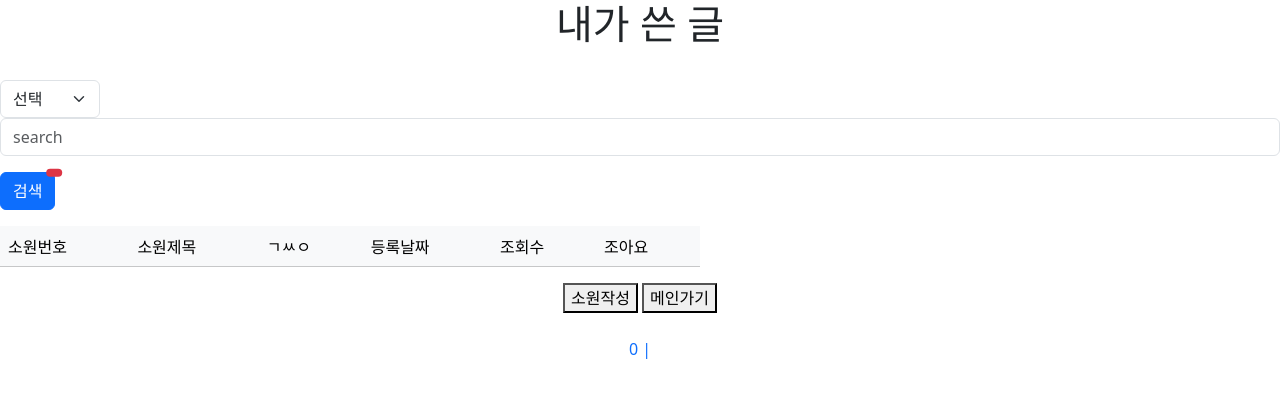
Repository: sujeong1799/JSP
Page: http://localhost/java_study/board/list.jsp
An editor plug-in stored every save of this project. The page is shown before and after the next save, followed by the edit.
The browser window is 1280 px wide. The pictures show the whole page.
The page is served by Tomcat 9. Other server files are loaded and not shown. The template is opened directly, without the code that normally fills it, so the values that code supplies are empty.

Above is the page before, as saved 2023-05-24 07:06:34.

### jsp_project3-1/java_study/src/main/webapp/board/list.jsp
<%@ page language="java" contentType="text/html; charset=UTF-8"
	pageEncoding="UTF-8"%>
<%@ taglib prefix="c" uri="http://java.sun.com/jsp/jstl/core"%>
<link
	href="https://cdn.jsdelivr.net/npm/bootstrap@5.3.0-alpha3/dist/css/bootstrap.min.css"
	rel="stylesheet"
	integrity="sha384-KK94CHFLLe+nY2dmCWGMq91rCGa5gtU4mk92HdvYe+M/SXH301p5ILy+dN9+nJOZ"
	crossorigin="anonymous">
<!DOCTYPE html>
<html>
<head>
<meta charset="UTF-8">
<title>소원리스트</title>
</head>
<body>
	<h1 align="center">내가 쓴 글</h1>
	<br>
	<!-- 검색라인 -->
	<form action="/brd/page" method="post">
		<div align="center" style="width: 100px; display: flex; float: left">
			<!-- var이름은 마음대로 설정해도 됨 -->
			<c:set value="${pgh.pgvo.type }" var="typed"></c:set>
			<select name="type" class="form-select"
				aria-label="Default select example">
				<!-- selected : 현재 내가 선택한 값 -->
				<option ${typed == null ? 'selected' : '' }>선택</option>
				<option value="t" ${type eq 't' ? 'selected' :'' }>소원제목</option>
				<option value="w" ${type eq 'w' ? 'selected' :'' }>작성자</option>
				<option value="n" ${type eq 'n' ? 'selected' :'' }>소원번호</option>
				<option value="c" ${type eq 'c' ? 'selected' :'' }>소원내용</option>
			</select>
		</div>
			<!-- <input type="text" name="keyword" placeholder="search"> -->
			<div style="width: 200px; display: inline">
			<div class="mb-3">
				<label for="formGroupExampleInput" class="form-label"></label>
				<input type="text" class="form-control"
					id="formGroupExampleInput" placeholder="search">
			</div>
			<input type="hidden" name="pageNo" value="${pgh.pgvo.pageNo }">
			<input type="hidden" name="qty" value="${pgh.pgvo.qty }">
			</div>
			<!-- <button type="submit" class="btn btn-success">Search</button> -->
			<button type="submit" class="btn btn-primary position-relative">
			검색
			<span class="position-absolute top-0 start-100 translate-middle badge rounded-pill bg-danger">
					${pgh.totalCount }
					<span class="visually-hidden"></span>
			</span>
			</button>
	</form>
	<div style="width: 700px;" align="center">
		<table class="table table-hover">
			<thead class="table-light">
				<tr>
					<td>소원번호</td>
					<td>소원제목</td>
					<td>ㄱㅆㅇ</td>
					<td>등록날짜</td>
					<td>조회수</td>
					<td>조아요</td>
				</tr>
			</thead>
			<tbody>
				<c:forEach items="${list }" var="bvo">
					<tr>
						<td>${bvo.bno }</td>
						<td><a href="/brd/detail?bno=${bvo.bno }">${bvo.title }</a></td>
						<td>${bvo.writer}</td>
						<td>${bvo.reg_date }</td>
						<td>${bvo.read_count }</td>
						<td>${bvo.like_count }</td>
					</tr>
				</c:forEach>
			</tbody>
		</table>
	</div>
	<div align="center">
		<a href="/board/register.jsp"><button>소원작성</button></a> <a href="/"><button>메인가기</button></a>
	</div>
	<br>

	<!-- 페이지네이션위치 -->
	<!-- 컨트롤러에서 page 정보를 싣고 와야함 -->
	<!-- startPage부터 endPage까지 숫자 반복 forEach를 사용한다. -->
	<div align="center">
		<c:if test="${pgh.prev }">
			<a
				href="/brd/page?pageNo=${pgh.startPage-1 }&qty=${pgh.pgvo.qty}&type=${pgh.pgvo.type}&keyword=${pgh.pgvo.keyword}"
				style="text-decoration: none"> 이전 </a>
		</c:if>

		<c:forEach begin="${pgh.startPage }" end="${pgh.endPage }" var="i">
			<!-- 현재 페이지 넘버를 싣고 갈거임 -->
			<!-- pgh.pgvo.qty 이거는 변경가능함... -->
			<a
				href="/brd/page?pageNo=${i }&qty=${pgh.pgvo.qty}&type=${pgh.pgvo.type}&keyword=${pgh.pgvo.keyword}"
				style="text-decoration: none">${i } | </a>
		</c:forEach>

		<!-- 다음페이지 -->
		<c:if test="${pgh.next }">
			<a
				href="/brd/page?pageNo=${pgh.endPage+1 }&qty=${pgh.pgvo.qty}&type=${pgh.pgvo.type}&keyword=${pgh.pgvo.keyword}"
				style="text-decoration: none"> 다음 </a>
		</c:if>
	</div>


</body>
</html>

After the next save:
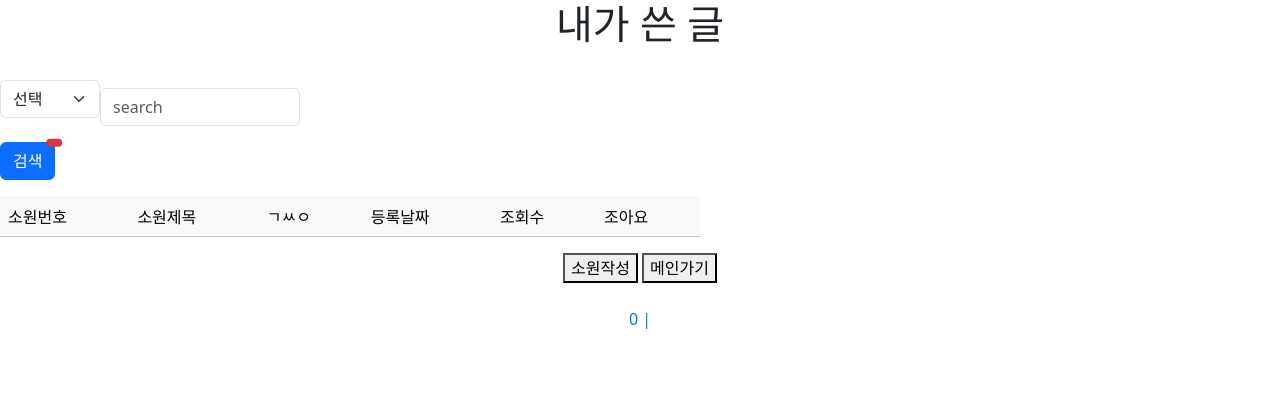
Saved 7 s later.
--- a/jsp_project3-1/java_study/src/main/webapp/board/list.jsp
+++ b/jsp_project3-1/java_study/src/main/webapp/board/list.jsp
@@ -31,7 +31,7 @@
 			</select>
 		</div>
 			<!-- <input type="text" name="keyword" placeholder="search"> -->
-			<div style="width: 200px; display: inline">
+			<div style="width: 200px; display: flex">
 			<div class="mb-3">
 				<label for="formGroupExampleInput" class="form-label"></label>
 				<input type="text" class="form-control"
